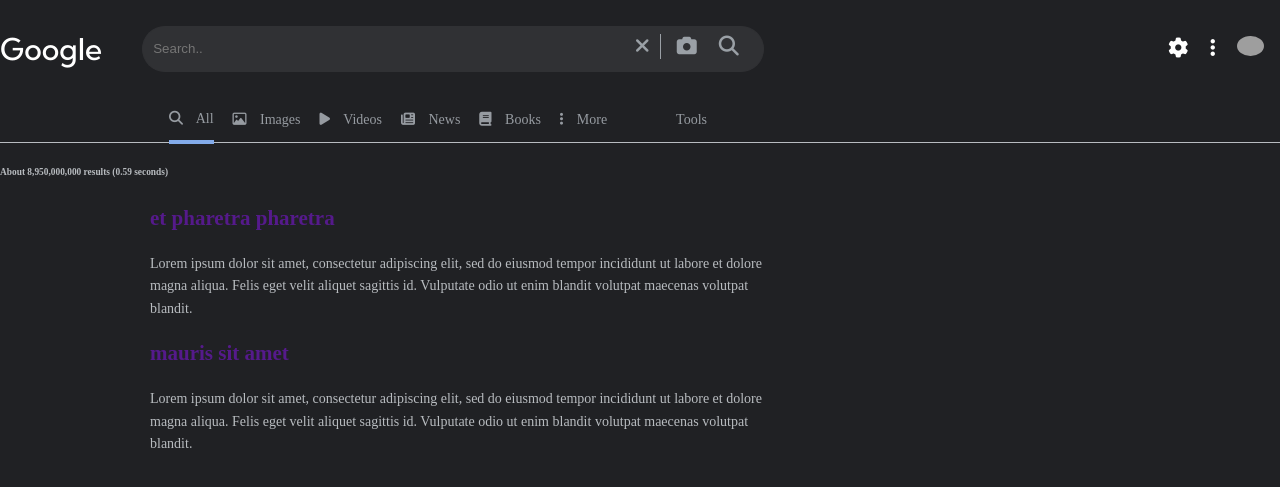
Repository: Sc-Juju/Google-clone
Page: index.html
These files come from the project's save history. The page is drawn as it stood at one moment and after the next save; the edit follows.
The browser window is 1280 px wide. The pictures show the whole page.
Pictures or frames that could not be fetched are drawn as grey boxes. Some web libraries are served in a nearby version.

Above is the page before, as saved 2022-11-28 15:00:05.

After the next save:
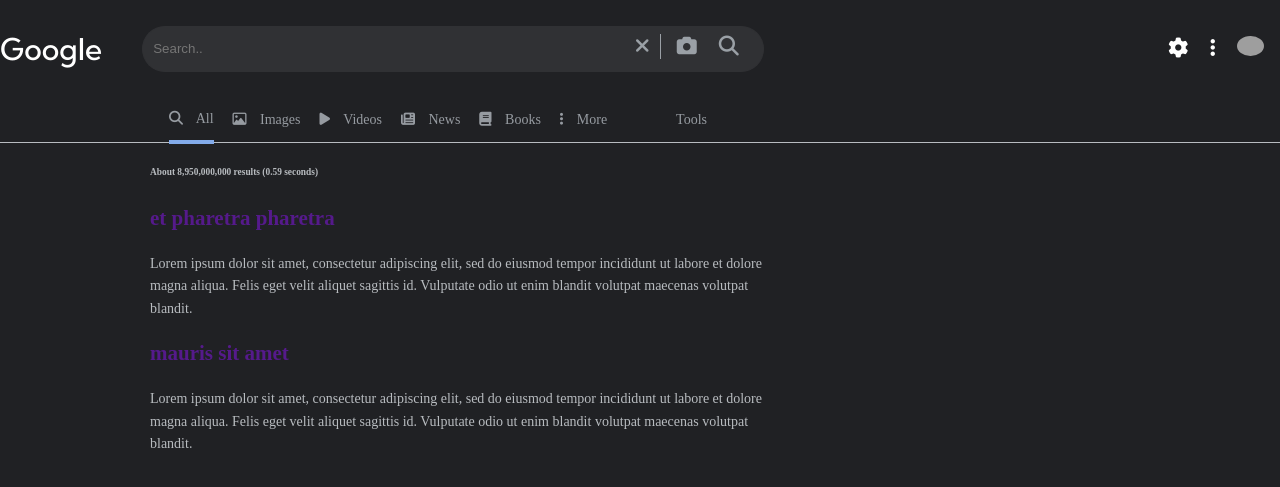
Saved 8 s later.
--- a/css/main.css
+++ b/css/main.css
@@ -118,7 +118,7 @@
     border-top: 1px solid var(--results-description);
 }
 
-.search-results{
+.search-box{
     margin-left: var(--size-150);
     width: 50%;
 }
